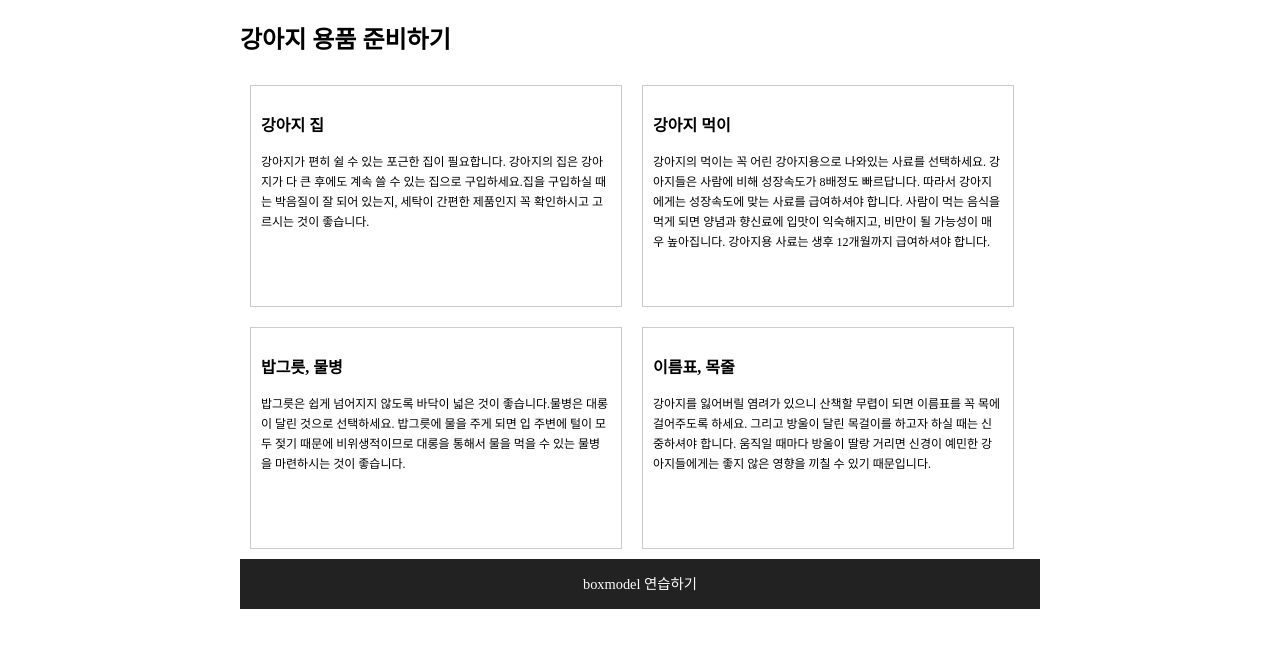
Repository: 753kg/753kg.github.io
Page: KOSTA/webProject/WebContent/doit/08/quiz-2.html
An editor plug-in stored every save of this project. The page is shown before and after the next save, followed by the edit.
The browser window is 1280 px wide. The pictures show the whole page.

Above is the page before, as saved 2021-04-01 05:07:07.

After the next save:
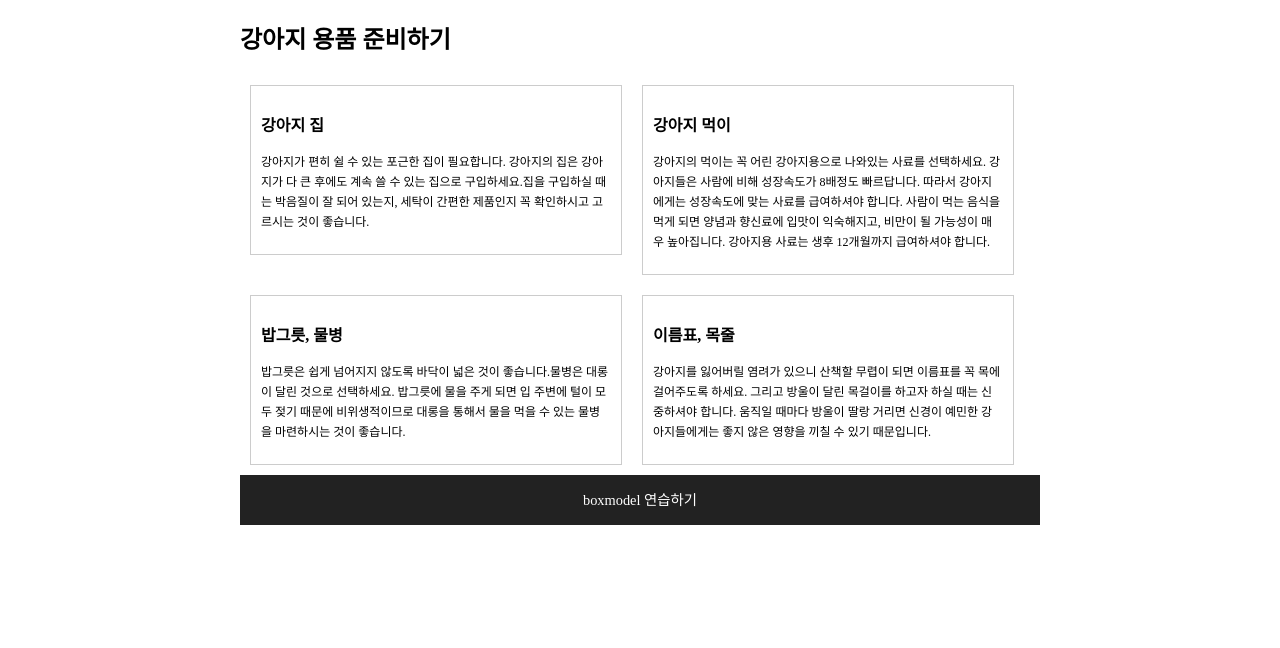
Saved 5 min 11 s later.
--- a/KOSTA/webProject/WebContent/doit/08/quiz-2.html
+++ b/KOSTA/webProject/WebContent/doit/08/quiz-2.html
@@ -32,7 +32,7 @@
 		}
 		article {
 			width:350px;
-			height:200px;
+
 			padding:10px;
 			margin:10px;
 			border:1px solid #ccc;

After the save that followed:
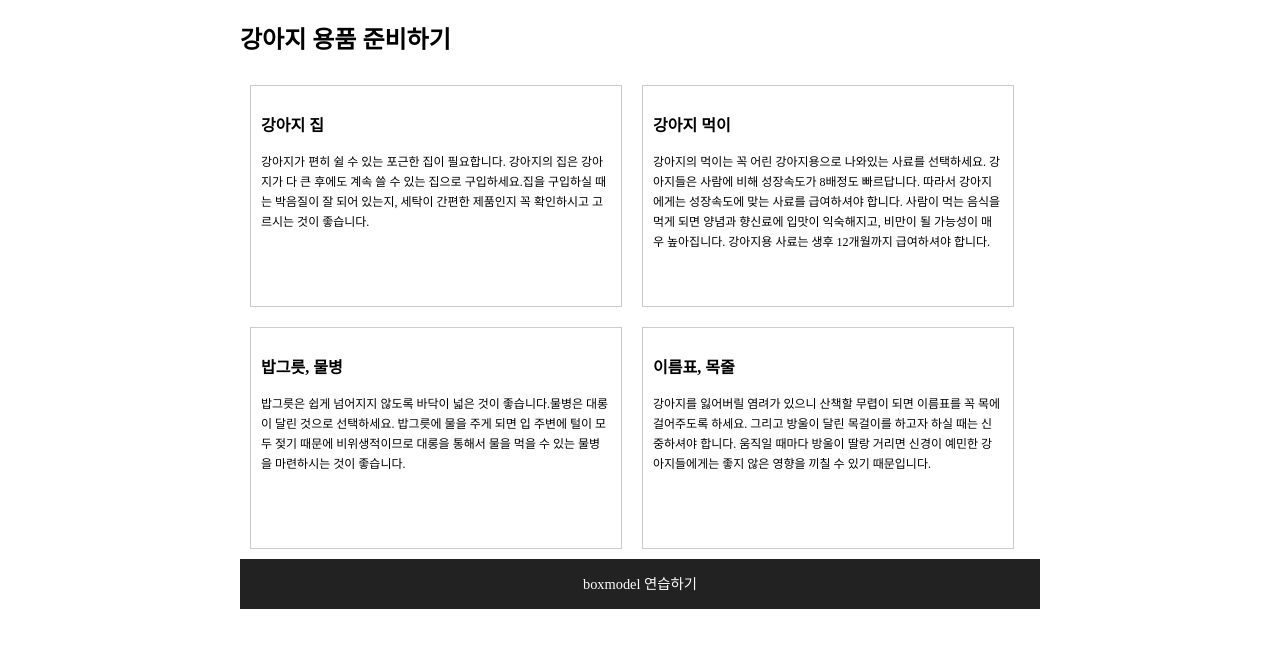
Saved 8 s later.
--- a/KOSTA/webProject/WebContent/doit/08/quiz-2.html
+++ b/KOSTA/webProject/WebContent/doit/08/quiz-2.html
@@ -32,7 +32,7 @@
 		}
 		article {
 			width:350px;
-
+			height:200px;
 			padding:10px;
 			margin:10px;
 			border:1px solid #ccc;
